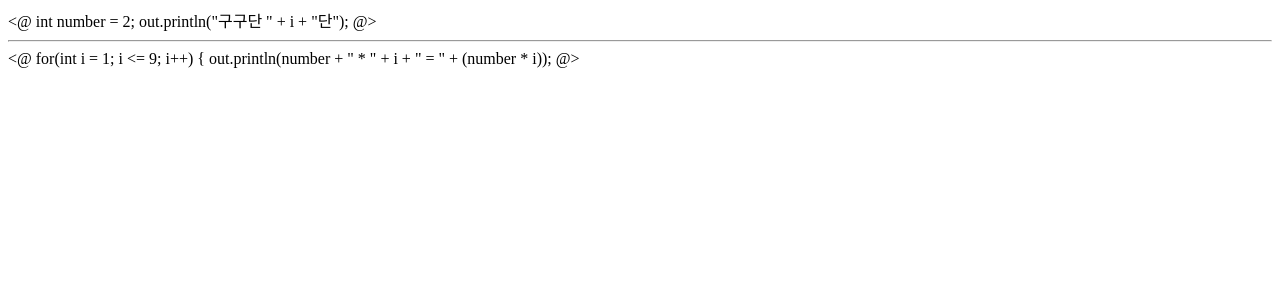
Repository: GITJIWOO/JavaBasic
Page: http://localhost/JSPBasic/gugudan.jsp
The author's editor kept a copy of each file at every save. The page is drawn from the files as they stood at one save, then again after the next save.
The browser window is 1280 px wide. The pictures show the whole page.
The page is served by Tomcat 9.

Above is the page before, as saved 2021-07-29 03:11:28.

After the next save:
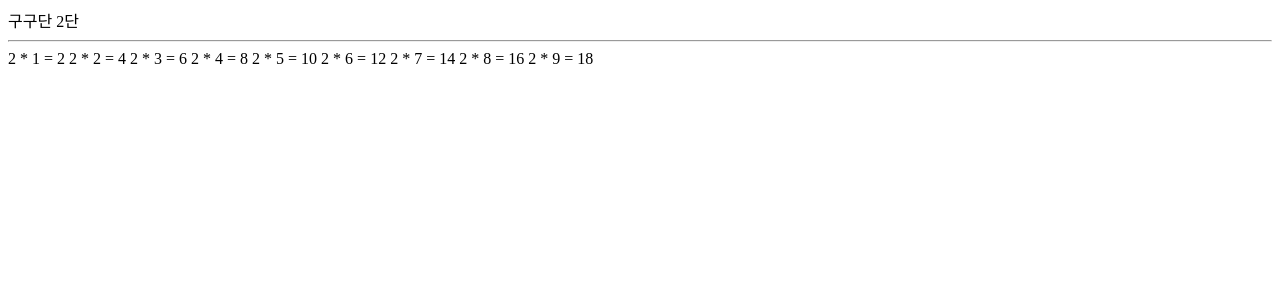
Saved 69 s later.
--- a/JSPBasic/WebContent/gugudan.jsp
+++ b/JSPBasic/WebContent/gugudan.jsp
@@ -7,14 +7,15 @@
 <title>Insert title here</title>
 </head>
 <body>
-	<@
+	<%
 	int number = 2;
-	out.println("구구단 " + i + "단");
-	@>
+	out.println("구구단 " + number + "단");
+	%>
 	<hr>
-	<@
+	<%
 	for(int i = 1; i <= 9; i++) {
 		out.println(number + " * " + i + " = " + (number * i));
-	@>
+		}
+	%>
 </body>
 </html>
